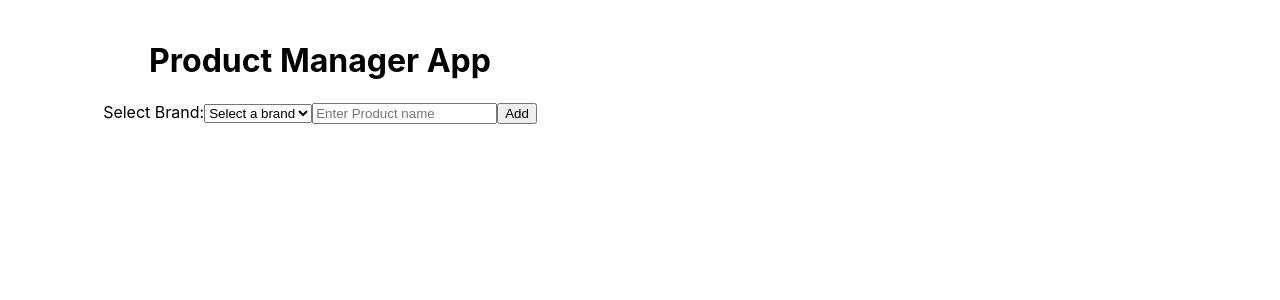
Repository: sunilkc-7/product-manager-app
Page: /
An editor plug-in stored every save of this project. The page is shown before and after the next save, followed by the edit.
The browser window is 1280 px wide. The pictures show the whole page.
The project was rebuilt for these pictures with package versions that can differ from the ones it lists, and the page was loaded fresh each time.

Above is the page before, as saved 2023-07-31 15:50:21.

### src/App.js
import "./App.css";
import productsData from "./data/data.json";
import { useState } from "react";

function App() {
  const [brandList, setBrandList] = useState(productsData.brands);
  const [productList, setProductList] = useState(productsData.products);
  return (
    <div className="App">
      <h1>Product Manager App</h1>
      <div className="form-container">
        <label>Select Brand:</label>
        <select>
          <option value="">Select a brand</option>
          {brandList.map((brand) => (
            <option key={brand} value={brand}>
              {brand}
            </option>
          ))}
        </select>

        <input type="text" placeholder="Enter Product name" />

        <button>Add</button>
      </div>
    </div>
  );
}

export default App;

### src/App.css
.body {
}

.App {
  /* text-align: center; */
  display: flex;
  flex-direction: column;
  align-items: center;
  max-width: 600px;
  padding: 20px;
  justify-content: center;
  align-items: center;
}

### src/data/data.json
{
  "brands": ["Brand A", "Brand B", "Brand C"],
  "products": [
    {
      "brand": "Apple",
      "name": "Product1"
    },
    {
      "brand": "Samsung",
      "name": "Product2"
    },
    {
      "brand": "Google",
      "name": "Product3"
    }
  ]
}

Loaded but not shown: public/index.html (common file); src/index.js (common file); src/index.css (common file); src/reportWebVitals.js (common file)

After the next save:
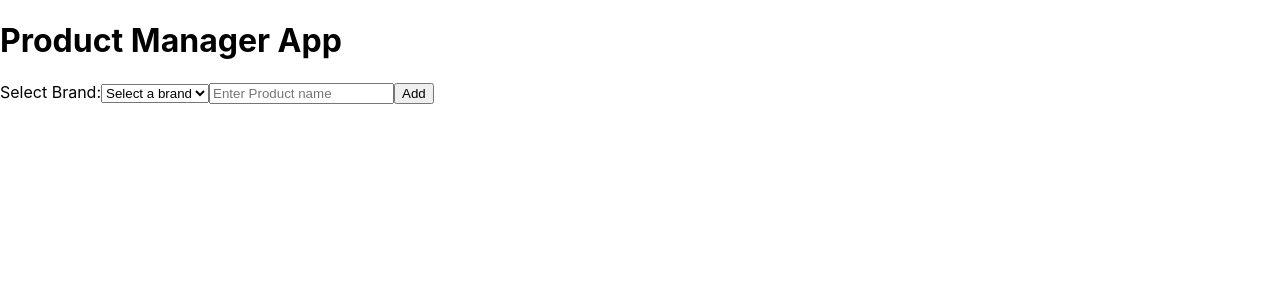
Saved 22 s later.
--- a/src/App.css
+++ b/src/App.css
@@ -1,13 +1,7 @@
 .body {
+  display: flex;
+  flex-direction: column;
 }
 
 .App {
-  /* text-align: center; */
-  display: flex;
-  flex-direction: column;
-  align-items: center;
-  max-width: 600px;
-  padding: 20px;
-  justify-content: center;
-  align-items: center;
 }
